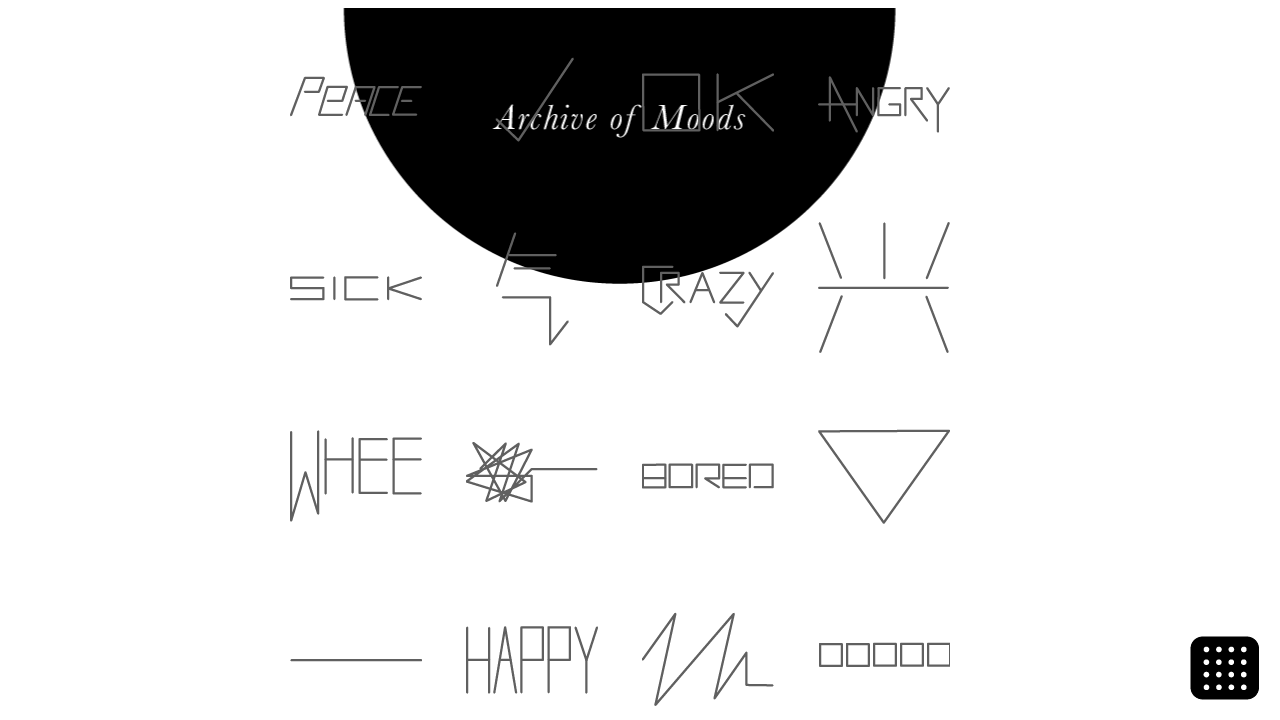
Repository: ConnyPinto/connypinto.github.io
Page: studio/dot-to-dot/archive.html
The author's editor kept a record of every edit. The page is drawn from the files as they stood at one moment, then again after the next edit.
The browser window is 1280 px wide. The pictures show the whole page.
Some web libraries are served in a nearby version.

Above is the page before.

### studio/dot-to-dot/archive.html
<html>

<head>
    <title>Archive</title>
    <link rel="stylesheet" href="css/archive.css" type="text/css" />
    <link href='http://fonts.googleapis.com/css?family=Libre+Baskerville:400,400italic' rel='stylesheet' type='text/css'>
    <script src="//ajax.googleapis.com/ajax/libs/jquery/1.7.1/jquery.min.js"></script>
    <script src="javascript/jquery.zoomooz.min.js"></script>
</head>

<body>
    <a href="index.html"><img class="home" src="images/home-button-01.png"></a>


       <!--<div class="circle">
             <div class="text">
                        <div class=title>Archive<br>
                        of<br>
                        Moods
                </div>
                   </div>-->
          <img class="semi-circle" src="images/semi-circle-01.png"
         style=
         "margin-top:0px;
         left:50%;
        transform: translate(60%);">

        <div class="container">


             <div class="row1">

             <img class="archive-image image-01" src="images/archive-image-01.png">
             <img class="archive-image image-02" src="images/archive-image-02.png">
             <img class="archive-image image-03" src="images/archive-image-03.png">
             <img class="archive-image image-04" src="images/archive-image-04.png">

             </div>

             <div class="row2">

             <img class="archive-image image-05" src="images/archive-image-05.png">
             <img class="archive-image image-06" src="images/archive-image-06.png">
             <img class="archive-image image-07" src="images/archive-image-07.png">
             <img class="archive-image image-08" src="images/archive-image-08.png">

             </div>

             <div class="row3">

             <img class="archive-image image-09" src="images/archive-image-09.png">
             <img class="archive-image image-10" src="images/archive-image-10.png">
             <img class="archive-image image-11" src="images/archive-image-11.png">
             <img class="archive-image image-12" src="images/archive-image-12.png">

             </div>

             <div class="row4">

             <img class="archive-image image-13" src="images/archive-image-13.png">
             <img class="archive-image image-14" src="images/archive-image-14.png">
             <img class="archive-image image-15" src="images/archive-image-15.png">
             <img class="archive-image image-16" src="images/archive-image-16.png">

             </div>

             <div class="row5">

             <img class="archive-image image-17" src="images/archive-image-17.png">
             <img class="archive-image image-18" src="images/archive-image-18.png">
             <img class="archive-image image-19" src="images/archive-image-19.png">
             <img class="archive-image image-20" src="images/archive-image-20.png">

            <div class="row6">

             <img class="archive-image image-21" src="images/archive-image-01.png">
             <img class="archive-image image-22" src="images/archive-image-02.png">
             <img class="archive-image image-23" src="images/archive-image-03.png">
             <img class="archive-image image-24" src="images/archive-image-04.png">

             </div>

             <div class="row7">

             <img class="archive-image image-25" src="images/archive-image-05.png">
             <img class="archive-image image-26" src="images/archive-image-06.png">
             <img class="archive-image image-27" src="images/archive-image-07.png">
             <img class="archive-image image-28" src="images/archive-image-08.png">

             </div>

             <div class="row8">

             <img class="archive-image image-09" src="images/archive-image-09.png">
             <img class="archive-image image-10" src="images/archive-image-10.png">
             <img class="archive-image image-11" src="images/archive-image-11.png">
             <img class="archive-image image-12" src="images/archive-image-12.png">

             </div>

             <div class="row9">

             <img class="archive-image image-13" src="images/archive-image-13.png">
             <img class="archive-image image-14" src="images/archive-image-14.png">
             <img class="archive-image image-15" src="images/archive-image-15.png">
             <img class="archive-image image-16" src="images/archive-image-16.png">

             </div>

             <div class="row10">

             <img class="archive-image image-17" src="images/archive-image-17.png">
             <img class="archive-image image-18" src="images/archive-image-18.png">
             <img class="archive-image image-19" src="images/archive-image-19.png">
             <img class="archive-image image-20" src="images/archive-image-20.png">
            </div>

         </div>

        </body>


</html>


<!-- <div class="container">

             <div class="row1">

                 <a href="room1.html" class="window window1"> </a>

             <img class="archive-image image-01" src="images/archive-image-01.png">
             <img class="archive-image image-02" src="images/archive-image-02.png">
             <img class="archive-image image-03" src="images/archive-image-03.png">
             <img class="archive-image image-04" src="images/archive-image-04.png">

             </div>

             <div class="row2">

             <img class="archive-image image-05" src="images/archive-image-05.png">
             <img class="archive-image image-06" src="images/archive-image-06.png">
             <img class="archive-image image-07" src="images/archive-image-07.png">
             <img class="archive-image image-08" src="images/archive-image-08.png">

             </div>

             <div class="row3">

             <img class="archive-image image-09" src="images/archive-image-09.png">
             <img class="archive-image image-10" src="images/archive-image-10.png">
             <img class="archive-image image-11" src="images/archive-image-11.png">
             <img class="archive-image image-12" src="images/archive-image-12.png">

             </div>

             <div class="row4">

             <img class="archive-image image-13" src="images/archive-image-13.png">
             <img class="archive-image image-14" src="images/archive-image-14.png">
             <img class="archive-image image-15" src="images/archive-image-15.png">
             <img class="archive-image image-16" src="images/archive-image-16.png">

             </div>

             <div class="row5">

             <img class="archive-image image-17" src="images/archive-image-17.png">
             <img class="archive-image image-18" src="images/archive-image-18.png">
             <img class="archive-image image-19" src="images/archive-image-19.png">
             <img class="archive-image image-20" src="images/archive-image-20.png">

            </div>

         </div> -->

### studio/dot-to-dot/css/archive.css

/*.circle{
    position:absolute;
    top:150px;
    left:50%;
    z-index:2;
    width:200px;
    height:200px;
    border-radius:50%;
    font-size:25px;
    color:#fff;
    text-align:center;
    background:#000;
    transform: translate(-50%, -50%);
}


.text{
      font-family: 'Libre Baskerville', serif;
      font-style:italic;
      margin-top:65px;
      font-size:24px;
      line-height:25px
}*/

.home{
 position:fixed;
 bottom:20px;
 right:20px;

}

.home:hover{
    opacity:0.75;
}


.container{
   position:absolute;
    width:700px;
    margin-top:550px;
    left:50%;
    transform: translate(-50%, -50%);

}


.row1{
  display:inline-block;
  margin-bottom:50px;
}

.row2{
  display:inline-block;
  margin-bottom:50px;
}

.row3{
  display:inline-block;
  margin-bottom:50px;
}

.row4{
  display:inline-block;
  margin-bottom:50px;
}

.row5{
  display:inline-block;
  margin-bottom:40px;
}

.row5{
  display:inline-block;
  margin-bottom:40px;
}

.row5{
  display:inline-block;
  margin-bottom:40px;
}

.image-01{
  margin-right:0px;
  margin-left:0px;
}

.image-02{
  margin-right:0px;
  margin-left:40px;
}

.image-03{
  margin-right:0px;
  margin-left:40px;
}

.image-04{
  margin-right:0px;
  margin-left:40px;
}

.image-05{
  margin-right:20px;
  margin-left:0px;
}

.image-06{
   margin-right:20px;
  margin-left:20px;
}

.image-07{
   margin-right:20px;
  margin-left:20px;
}

.image-08{
   margin-right:0px;
  margin-left:20px;
}

.image-09{
   margin-right:20px;
  margin-left:0px;
}

.image-10{
  margin-right:20px;
  margin-left:20px;
}

.image-11{
   margin-right:20px;
  margin-left:20px;
}

.image-12{
  margin-right:0px;
  margin-left:20px;
}

.image-13{
   margin-right:20px;
  margin-left:0px;
}

.image-14{
  margin-right:20px;
  margin-left:20px;
}

.image-15{
  margin-right:20px;
  margin-left:20px;
}

.image-16{
  margin-right:0px;
  margin-left:20px;
}

.image-17{
  margin-right:20px;
  margin-left:0px;
}

.image-18{
  margin-right:20px;
  margin-left:20px;
}

.image-19{
  margin-right:20px;
  margin-left:20px;
}

.image-20{
  margin-right:0px;
  margin-left:20px;
}

.image21{
  margin-right:0px;
  margin-left:0px;
}

.image-22{
  margin-right:0px;
  margin-left:40px;
}

.image-23{
  margin-right:0px;
  margin-left:40px;
}

.image-24{
  margin-right:0px;
  margin-left:40px;
}

.image-25{
  margin-right:0px;
  margin-left:0px;
}

.image-26{
  margin-right:0px;
  margin-left:40px;
}

.image-27{
  margin-right:0px;
  margin-left:40px;
}

.image-28{
  margin-right:0px;
  margin-left:40px;
}

.image-29{
  margin-right:0px;
  margin-left:0px;
}

.image-30{
  margin-right:0px;
  margin-left:40px;
}

.image-31{
  margin-right:0px;
  margin-left:40px;
}

.image-32{
  margin-right:0px;
  margin-left:40px;
}

.image-33{
  margin-right:0px;
  margin-left:0px;
}

.image-34{
  margin-right:0px;
  margin-left:40px;
}

.image-35{
  margin-right:0px;
  margin-left:40px;
}

.image-36{
  margin-right:0px;
  margin-left:40px;
}

.image-37{
  margin-right:0px;
  margin-left:0px;
}

.image-38{
  margin-right:0px;
  margin-left:40px;
}

.image-39{
  margin-right:0px;
  margin-left:40px;
}

.image-40{
  margin-right:0px;
  margin-left:40px;
}

Loaded but not shown: studio/space/final-space/javascript/jquery.zoomooz.min.js (library)

After the next edit:
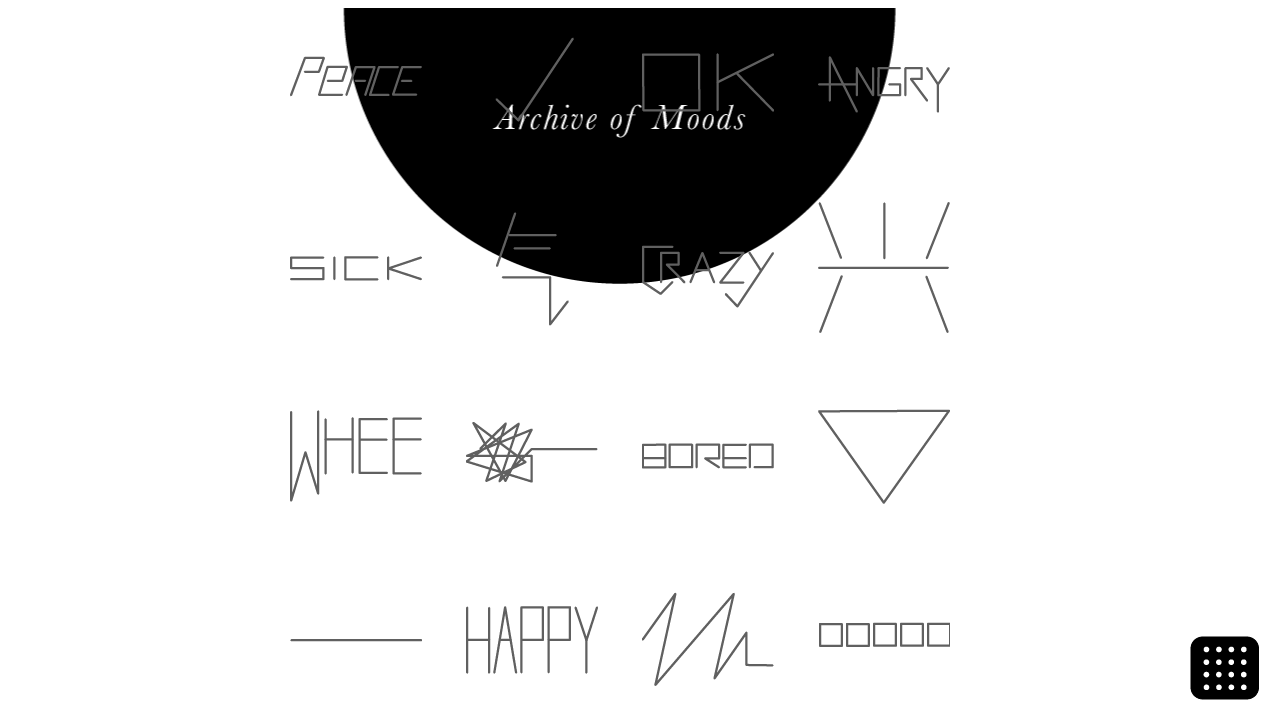
The edit:
--- a/studio/dot-to-dot/css/archive.css
+++ b/studio/dot-to-dot/css/archive.css
@@ -70,7 +70,7 @@
   margin-bottom:40px;
 }
 
-.row5{
+.row6{
   display:inline-block;
   margin-bottom:40px;
 }
